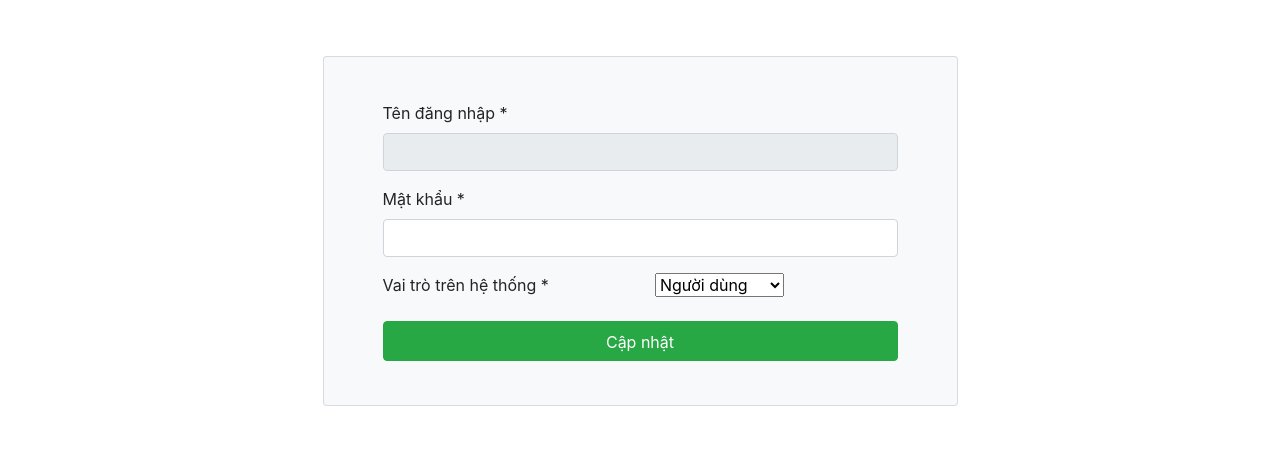
Repository: nguyenmanhtruongdat/javaServletFinalEx
Page: http://localhost/test/updateAcc
The author's editor kept a copy of each file at every save. The page is drawn from the files as they stood at one save, then again after the next save.
The browser window is 1280 px wide. The pictures show the whole page.
Some web libraries are served in a nearby version. The page is served by Tomcat 9. Queries for data that is not in the repository find no rows.

Above is the page before, as saved 2022-07-07 21:20:43.

After the next save:
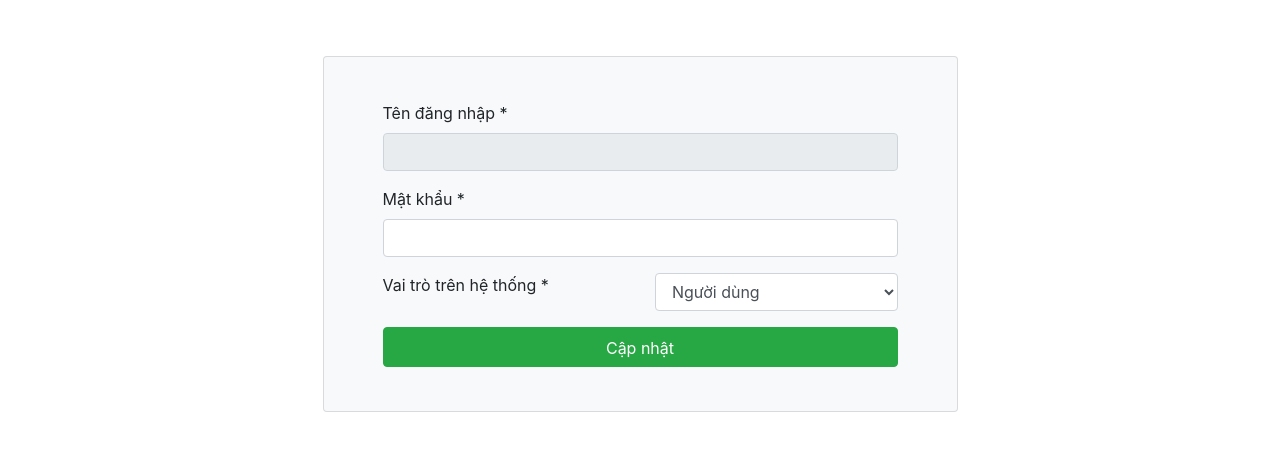
Saved 16 s later.
--- a/vku/ktx/test/src/main/webapp/updateAcc.jsp
+++ b/vku/ktx/test/src/main/webapp/updateAcc.jsp
@@ -69,7 +69,7 @@
 												<div class="col-md-6">
 													<div class="form-group">
 
-													<select name="role">
+													<select name="role" class="form-control" required="required">
 													<option value="user">Người dùng</option>
 													<option value="admin">Người quản trị</option>
 													</select>
